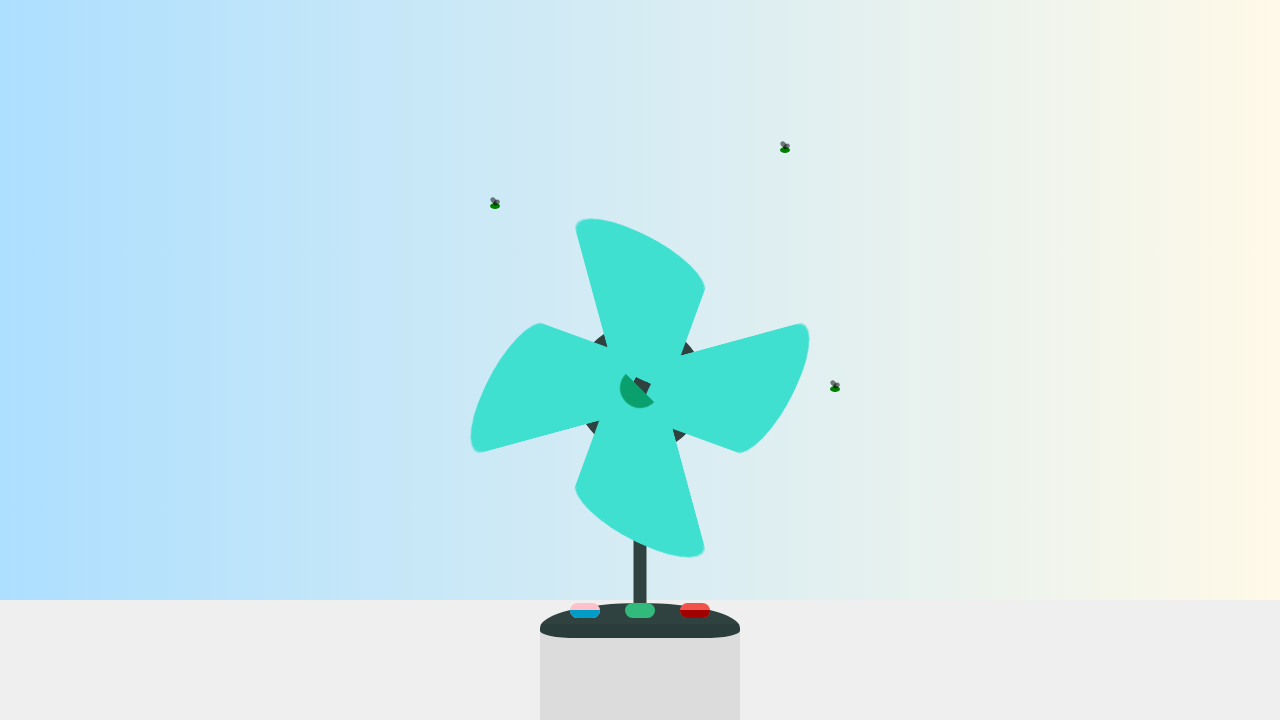
Repository: VuTuanAnh0949/CodeFan
Page: index.html
These files come from the project's save history. The page is drawn as it stood at one moment and after the next save; the edit follows.
The browser window is 1280 px wide. The pictures show the whole page.

Above is the page before, as saved 2022-06-22 11:52:51.

After the next save:
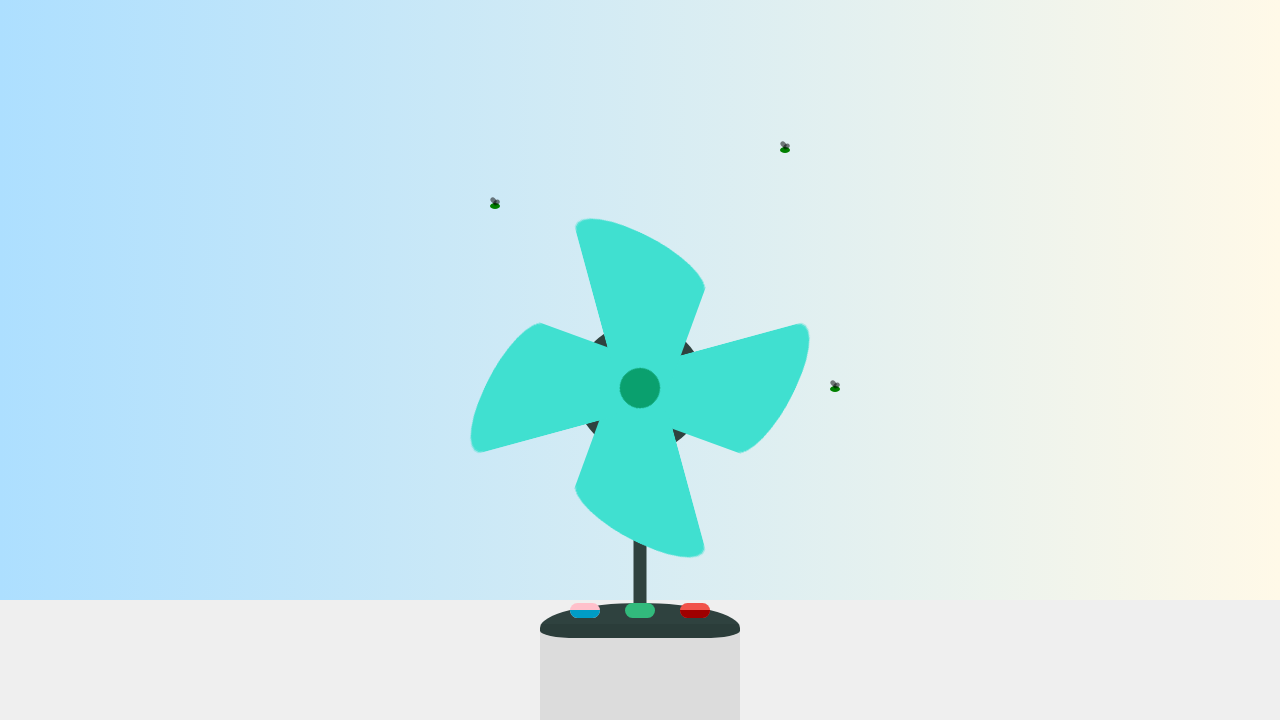
Saved 11 s later.
--- a/style.css
+++ b/style.css
@@ -351,7 +351,7 @@ span {
     left: 50%;
     top: 50%;
     transform: translate(-50%, -50%) rotate(45deg);
-    background: 0aa06e;
+    background: #0aa06e;
     z-index: 2;
 }
 
